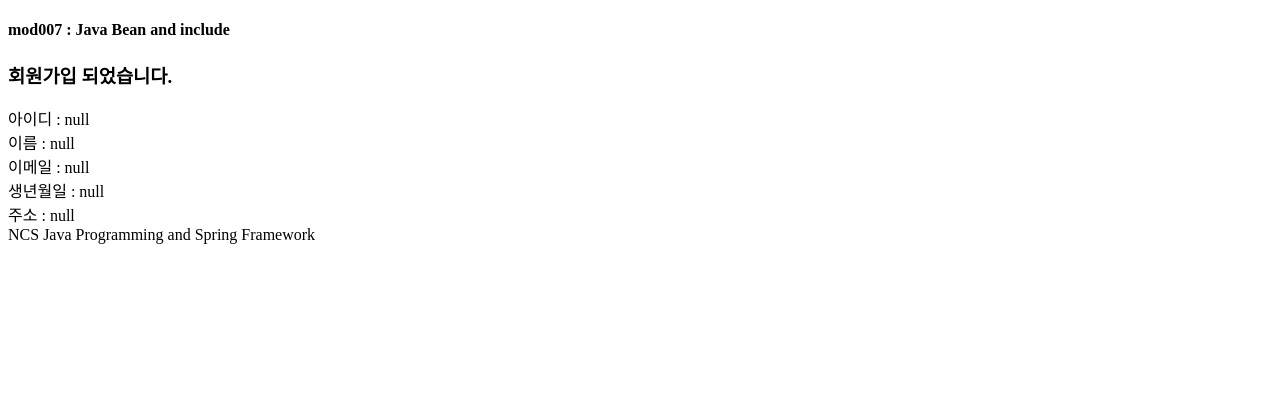
Repository: zeroj-0/eclipseProjects
Page: http://localhost/jv301/mod010/success.jsp
These files come from the project's save history. The page is drawn as it stood at one moment and after the next save; the edit follows.
The browser window is 1280 px wide. The pictures show the whole page.
The page is served by Tomcat 9. Nobody is signed in. The application's start-up code is not run. Other server files are loaded and not shown.

Above is the page before, as saved 2022-07-04 03:33:57.

### jv301/src/main/webapp/mod010/success.jsp
<%@ page language="java" contentType="text/html; charset=UTF-8" pageEncoding="UTF-8"%>
<!DOCTYPE html>
<html>
<head>
<meta charset="UTF-8">
<title>Insert title here</title>
</head>
<body>
<div id="wrapper">
		<div id="header">
			<jsp:include page="/incl/banner.jsp">
				<jsp:param name="subtitle" value="mod007 : Java Bean and include" />
			</jsp:include>
		</div>
		<div id="content-wrapper">
			<h3>회원가입 되었습니다.</h3>
			<%-- User클래스에서의 던져준 객체의 프로퍼티를 가져오는 것 --%>
			<jsp:useBean id="user" class="com.varxyz.jv301.mod007.User" scope="request"/>
			아이디 : <jsp:getProperty property="userId" name="user"/><br>
			이름 : <jsp:getProperty property="userName" name="user"/><br>
			이메일 : <jsp:getProperty property="email" name="user"/><br>
			생년월일 : <jsp:getProperty property="ssn" name="user"/><br>
			주소 : <jsp:getProperty property="addr" name="user"/><br>
		</div>
		<div id="footer">
			<%@ include file="/incl/footer.jsp" %>
		</div>
	</div>
</body>
</html>

### jv301/src/main/webapp/incl/footer.jsp
<%@ page language="java" contentType="text/html; charset=UTF-8" pageEncoding="UTF-8"%>
<div id="copyright">
	NCS Java Programming and Spring Framework
</div>

### jv301/src/main/webapp/incl/banner.jsp
<%@ page language="java" contentType="text/html; charset=UTF-8"  pageEncoding="UTF-8"%>
<div id="banner">
	<h4><%= request.getParameter("subtitle") %></h4>
</div>

### jv301/src/main/java/com/varxyz/jv301/mod010/User.java
package com.varxyz.jv301.mod007;

import java.io.Serializable;

public class User implements  Serializable {
	private String userId;
	private String passwd;
	private String userName;
	private String ssn;
	private String email;
	private String addr;
	public String getUserId() {
		return userId;
	}
	public void setUserId(String userId) {
		this.userId = userId;
	}
	public String getPasswd() {
		return passwd;
	}
	public void setPasswd(String passwd) {
		this.passwd = passwd;
	}
	public String getUserName() {
		return userName;
	}
	public void setUserName(String userName) {
		this.userName = userName;
	}
	public String getSsn() {
		return ssn;
	}
	public void setSsn(String ssn) {
		this.ssn = ssn;
	}
	public String getEmail() {
		return email;
	}
	public void setEmail(String mail) {
		this.email = mail;
	}
	public String getAddr() {
		return addr;
	}
	public void setAddr(String addr) {
		this.addr = addr;
	}



}

### jv301/src/main/webapp/mod010/fixmethod.css
@charset "UTF-8";
* { box-sizing: border-box; margin: 0; padding: 0;}

#header {
	height: 100px;
	width: 100%;
	text-align: center;
	font-size: 20px;
	line-height: 100px;
}
#footer {
	margin-top: 100px;
	text-align: center;
}

After the next save:
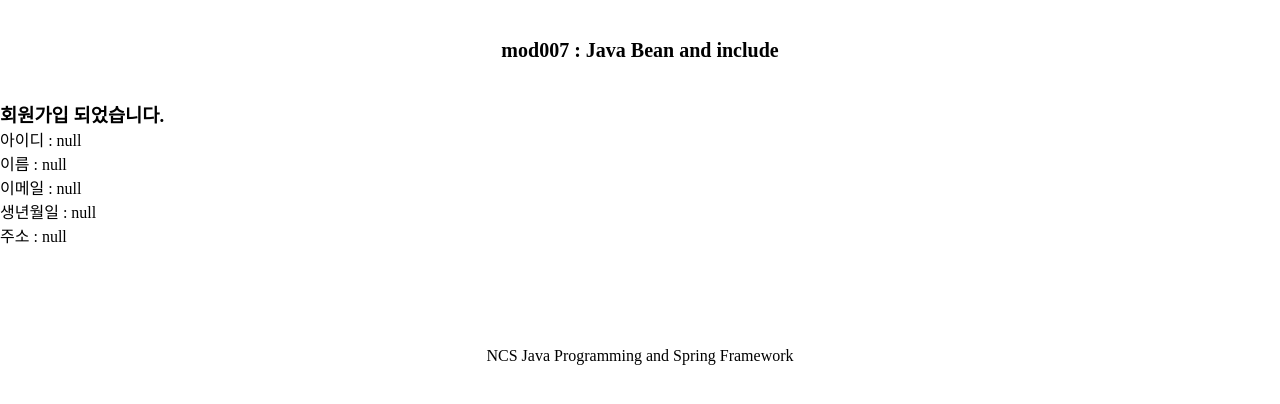
Saved 27 s later.
--- a/jv301/src/main/webapp/mod010/success.jsp
+++ b/jv301/src/main/webapp/mod010/success.jsp
@@ -2,8 +2,9 @@
 <!DOCTYPE html>
 <html>
 <head>
-<meta charset="UTF-8">
-<title>Insert title here</title>
+	<meta charset="UTF-8">
+	<title>Insert title here</title>
+	<link rel="stylesheet" href="./fixmethod.css">
 </head>
 <body>
 <div id="wrapper">
